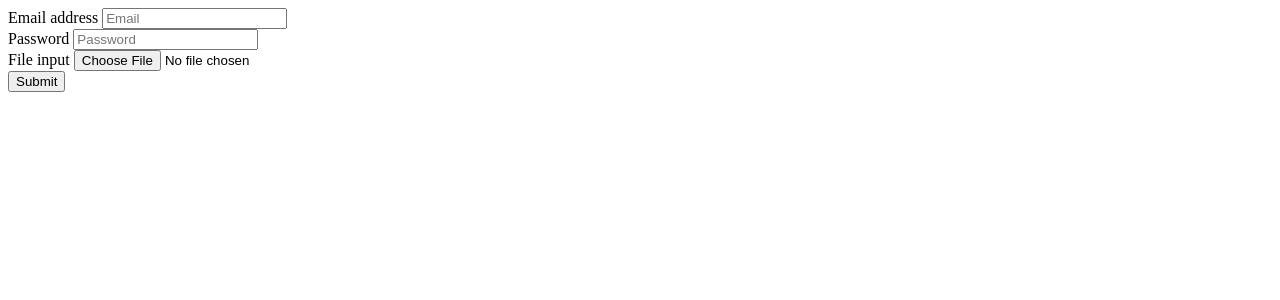
Repository: felipedischer/valemobi
Page: http://localhost/Valemobi/
An editor plug-in stored every save of this project. The page is shown before and after the next save, followed by the edit.
The browser window is 1280 px wide. The pictures show the whole page.
The page is served by Tomcat 9.

Above is the page before, as saved 2016-09-28 03:00:34.

After the next save:
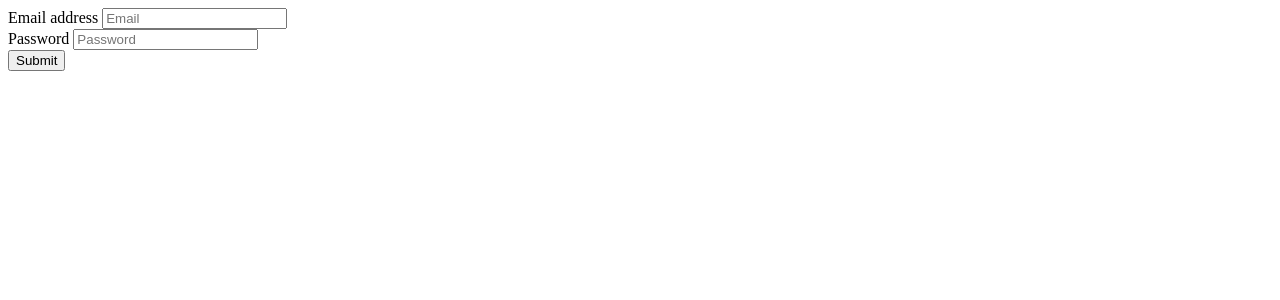
Saved 11 s later.
--- a/Valemobi/WebContent/index.jsp
+++ b/Valemobi/WebContent/index.jsp
@@ -18,11 +18,7 @@
     <label for="exampleInputPassword1">Password</label>
     <input type="password" class="form-control" id="exampleInputPassword1" placeholder="Password">
   </div>
-  <div class="form-group">
-    <label for="exampleInputFile">File input</label>
-    <input type="file" id="exampleInputFile">
 
-  </div>
   <div class="checkbox">
 
   </div>
